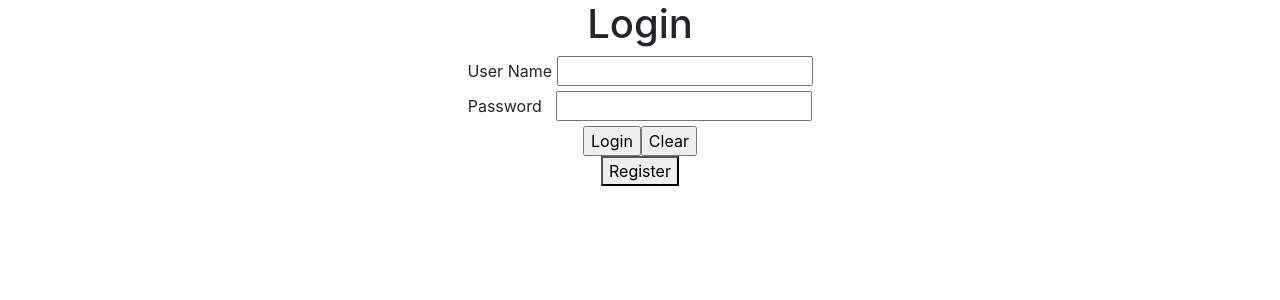
Repository: ramakrishnan1997/ram_javatraining
Page: http://localhost/AdminPortal/validation.jsp
These files come from the project's save history. The page is drawn as it stood at one moment and after the next save; the edit follows.
The browser window is 1280 px wide. The pictures show the whole page.
The page is served by Tomcat 9. Other server files are loaded and not shown. Queries for data that is not in the repository find no rows.

Above is the page before, as saved 2022-07-04 07:11:07.

### AdminPortal/src/main/webapp/validation.jsp
<%@page import="javax.security.auth.message.callback.PrivateKeyCallback.Request"%>
<%@ page language="java" contentType="text/html; charset=UTF-8"
    pageEncoding="UTF-8"%>
    <%@page import="com.taining.connection.*"%>
    <%@ page import="java.lang.*" %>
    <%@ page import="java.sql.*" %>
    <%@ page session="true" %>
    <%@taglib uri="http://java.sun.com/jsp/jstl/core" prefix="c" %>
<!DOCTYPE html>
<html>
<head>
<meta charset="UTF-8">
<title>Validate User</title>
</head>
<body>
<%! String pass_word; %>
<%! String user; %>
<%! int flag=0;  %>
<%
Connection con = null;
//PreparedStatement stmt=null;
Statement stmt=null;
ResultSet rs=null;
try{
	user = request.getParameter("username");
    pass_word = request.getParameter("password");

 	//System.out.println("user_id = "+user+"\t"+"pass_word = "+pass_word);
	con=ConnectionFactory.getPostgresConnection();
	System.out.print(con);


String sql = "SELECT username,password FROM travel WHERE username='"+user+"' and password='"+pass_word+"';";
System.out.println(sql);
stmt=con.createStatement();
rs=stmt.executeQuery(sql);
String userName=null;
String password=null;
if(rs.next())
{

     userName=rs.getString("username");
	 password=rs.getString("password");
	System.out.println("$$$$$$$$$$"+userName);
	System.out.println("$$$$$$$$$$"+password);
	flag=1;

}
if(flag==1){
	if(user.equals(userName) && pass_word.equals(password))
	{
		System.out.println("valid user"+userName);
		request.setAttribute("message", "Welcome :"+userName);
		request.setAttribute("message1", "successfully loged In");
		RequestDispatcher dispatcher=request.getRequestDispatcher("welcomelogin.jsp");
		dispatcher.forward(request, response);


	}

}

if(flag==0){
	System.out.println("Invalid user");
	request.setAttribute("message1", "invalid username or password");
	RequestDispatcher dispatcher=request.getRequestDispatcher("Login.jsp");
	dispatcher.forward(request, response);
}


}
catch(Exception e){

	e.printStackTrace();
}

%>

</body>
</html>

### AdminPortal/src/main/webapp/Login.jsp
<%@ page language="java" contentType="text/html; charset=UTF-8"
	pageEncoding="UTF-8"%>
<!DOCTYPE html>
<html>
<head>
<meta charset="UTF-8">
<title>Login</title>
<link rel="stylesheet"
	href="https://cdn.jsdelivr.net/npm/bootstrap@4.0.0/dist/css/bootstrap.min.css"
	integrity="sha384-Gn5384xqQ1aoWXA+058RXPxPg6fy4IWvTNh0E263XmFcJlSAwiGgFAW/dAiS6JXm"
	crossorigin="anonymous">
	<style type="text/css">
	.image{
	background-image: url("image/login.jpg");
	background-size:cover;
	background-repeat: no-repeat;
	}</style>
</head>
<body class="image">
<h1 style="text-align: center">Login</h1>
<div class="container-fluid">
<div class="row">
<div class="col-md-4"> </div>
<div class="col-md-4" align="center"><form action="welcomelogin">
		<div>
			<label>User Name</label> <input type="text" name="username">
		</div>
		<div>
			<label>Password</label> <input type="password" name="password" style="margin-left: 10px">
		</div >
		<input type="submit" value="Login"><input type="reset"
			value="Clear">

	</form>
	<a href="Register.jsp"><button>Register</button></a></div>

</div>

	<div class="col-md-4"> </div>

	</div>
</body>
</html>

### AdminPortal/src/main/java/com/taining/connection/ConnectionFactory.java
package com.taining.connection;

import java.sql.Connection;
import java.sql.DriverManager;
import java.sql.SQLException;
import java.util.ResourceBundle;

public class ConnectionFactory {
	public static Connection getPostgresConnection()
	{
		Connection con=null;
		ResourceBundle labels=ResourceBundle.getBundle("travelapplication");
		try
		{
			String url=labels.getString("datasource.postgres.url");
			String username=labels.getString("datasource.postgres.username");
			String password=labels.getString("datasource.postgres.password");
			String driverClass=labels.getString("datasource.postgres.driverclass");
			Class.forName(driverClass);
			con=DriverManager.getConnection(url,username,password);
		}
		catch (SQLException | ClassNotFoundException e)
		{
			e.printStackTrace();
		}
		return con;
	}
}

### AdminPortal/src/main/java/com/taining/model/TravelServlet.java
package com.taining.model;

import java.io.IOException;

import java.sql.Connection;
import java.sql.SQLException;

import javax.servlet.RequestDispatcher;
import javax.servlet.ServletConfig;
import javax.servlet.ServletException;
import javax.servlet.annotation.WebServlet;
import javax.servlet.http.HttpServlet;
import javax.servlet.http.HttpServletRequest;
import javax.servlet.http.HttpServletResponse;

import com.taining.connection.ConnectionFactory;


/**
 * Servlet implementation class TravelServlet
 */
@WebServlet("/")
public class TravelServlet extends HttpServlet {
	private static final long serialVersionUID = 1L;
	Connection con = null;
	private TravelService service = null;
    /**
     * @see HttpServlet#HttpServlet()
     */
    public TravelServlet() {
        super();

    }

	/**
	 * @see Servlet#init(ServletConfig)
	 */
	public void init(ServletConfig config) throws ServletException {
		con = ConnectionFactory.getPostgresConnection();
		service = new TravelService(con);
	}

	/**
	 * @see Servlet#destroy()
	 */
	public void destroy() {
		try {
			con.close();
		} catch (SQLException e) {
			// TODO Auto-generated catch block
			e.printStackTrace();
		}
	}

	/**
	 * @see HttpServlet#doGet(HttpServletRequest request, HttpServletResponse response)
	 */
	protected void doGet(HttpServletRequest request, HttpServletResponse response) throws ServletException, IOException {
	String key=request.getServletPath();
		switch (key) {
	case "/":
		welcome(request,response);
		break;
	case "/add":
		addpage(request,response);
		break;
	case "/welcomelogin":
		welcomepage(request,response);
	default:
		break;
	}

	}

	private void welcomepage(HttpServletRequest request, HttpServletResponse response) throws ServletException, IOException {
//		String username=request.getParameter("username");
//		request.setAttribute("message", username);

		RequestDispatcher dispatcher=request.getRequestDispatcher("/validation.jsp");
		dispatcher.forward(request, response);
	}

	private void addpage(HttpServletRequest request, HttpServletResponse response) throws ServletException, IOException {
		String username = request.getParameter("username");
		String name = request.getParameter("name");
		String phonenumber=request.getParameter("phonenumber");
		String email=request.getParameter("email");
		String password=request.getParameter("password");
		int age=Integer.parseInt(request.getParameter("age"));
		String gender=request.getParameter("gender");
		Travel entity=new Travel(username,name,phonenumber,email,password,age,gender);
		Travel added=service.add(entity);
		RequestDispatcher dispatcher=request.getRequestDispatcher("/Register.jsp");
		dispatcher.forward(request, response);

	}

	private void welcome(HttpServletRequest request, HttpServletResponse response) throws ServletException, IOException {

		RequestDispatcher dispatcher=request.getRequestDispatcher("/index.jsp");
		dispatcher.forward(request, response);
	}

	/**
	 * @see HttpServlet#doPost(HttpServletRequest request, HttpServletResponse response)
	 */
	protected void doPost(HttpServletRequest request, HttpServletResponse response) throws ServletException, IOException {
		doGet(request, response);

	}

}

### AdminPortal/src/main/java/com/taining/intface/TravelRepository.java
package com.taining.intface;

public interface TravelRepository<T> {

	public T add(T t);
	public T findbyname(String username);

}

### AdminPortal/src/main/java/com/taining/model/TravelDB.java
package com.taining.model;

import java.sql.Connection;
import java.sql.PreparedStatement;
import java.sql.ResultSet;

import org.apache.jasper.tagplugins.jstl.core.Catch;

import com.taining.intface.TravelRepository;

public class TravelDB implements TravelRepository<Travel>{
	private Connection con;
	int rowAdded=0;
	Travel travel=null;
	public TravelDB(Connection con) {
		super();
		this.con=con;
	}

	public Travel add(Travel t) {
		String sql="insert into travel values(?,?,?,?,?,?,?)";
		try(PreparedStatement pstmt=con.prepareStatement(sql);)
		{

			pstmt.setString(1,t.getUsername());
			pstmt.setString(2, t.getName());
			pstmt.setString(3,t.getPhoneno());
			pstmt.setString(4,t.getPassword());
			pstmt.setString(5,t.getEmail());
			pstmt.setInt(6,t.getAge());
			pstmt.setString(7,t.getGender());
			 rowAdded =pstmt.executeUpdate();
		}
		catch (Exception e)
		{
		e.printStackTrace();
		}
		return rowAdded==1?t:null;

	}

	@Override
	public Travel findbyname(String username) {

		String sql="select * from travel where username=?";
		try(PreparedStatement pstmt=con.prepareStatement(sql);)
		{
			pstmt.setString(1, username);
			ResultSet rs=pstmt.executeQuery();
		while(rs.next())
		{
			String username1=rs.getString("username");
			String name=rs.getString("name");
			String phoneno=rs.getString("phoneno");
			String email=rs.getString("email");
			String password=rs.getString("password");
			int age=rs.getInt("age");
			String gender=rs.getString("gender");
			travel =new Travel(username1,name,phoneno,email,password,age,gender);
		}
		}
		catch (Exception e)
		{
		e.printStackTrace();
		}
		return travel;


}
}

After the next save:
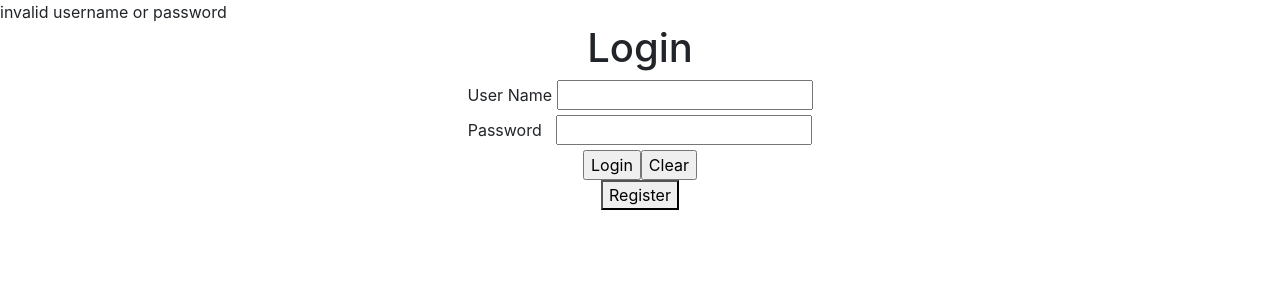
Saved 9 min 31 s later.
--- a/AdminPortal/src/main/webapp/Login.jsp
+++ b/AdminPortal/src/main/webapp/Login.jsp
@@ -1,5 +1,6 @@
 <%@ page language="java" contentType="text/html; charset=UTF-8"
 	pageEncoding="UTF-8"%>
+	<%@ taglib uri="http://java.sun.com/jsp/jstl/core" prefix="c"%>
 <!DOCTYPE html>
 <html>
 <head>
@@ -16,6 +17,7 @@
 	background-repeat: no-repeat;
 	}</style>
 </head>
+<c:out value="${message1 }"/>
 <body class="image">
 <h1 style="text-align: center">Login</h1>
 <div class="container-fluid">
